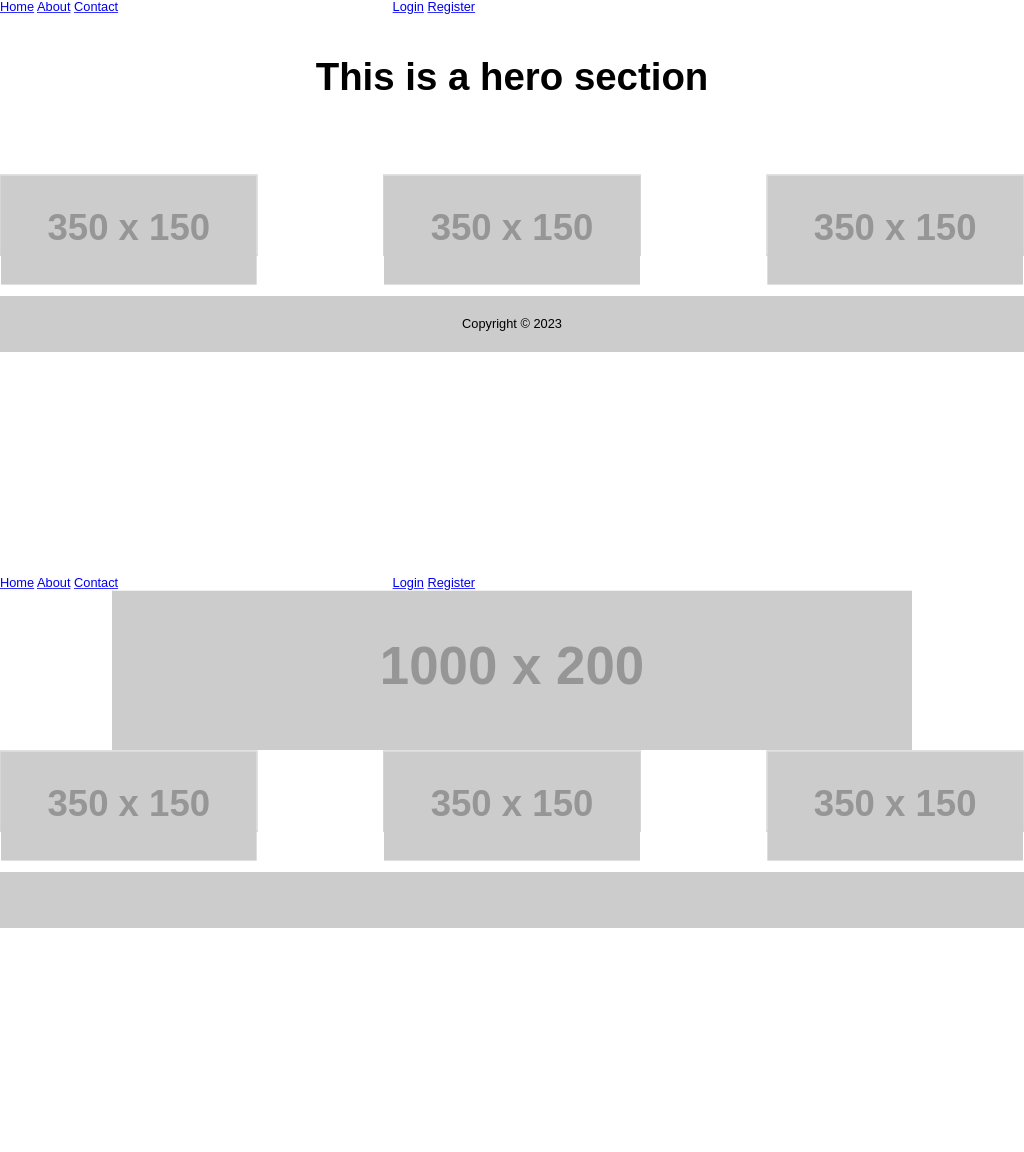
Repository: punitbathija/Placement-Assitance-iNeuron
Page: responsive-web-design.html
An editor plug-in stored every save of this project. The page is shown before and after the next save, followed by the edit.
The browser window is 1280 px wide. The pictures show the whole page, at 80% of full size.

Above is the page before, as saved 2023-05-23 15:16:15.

After the next save:
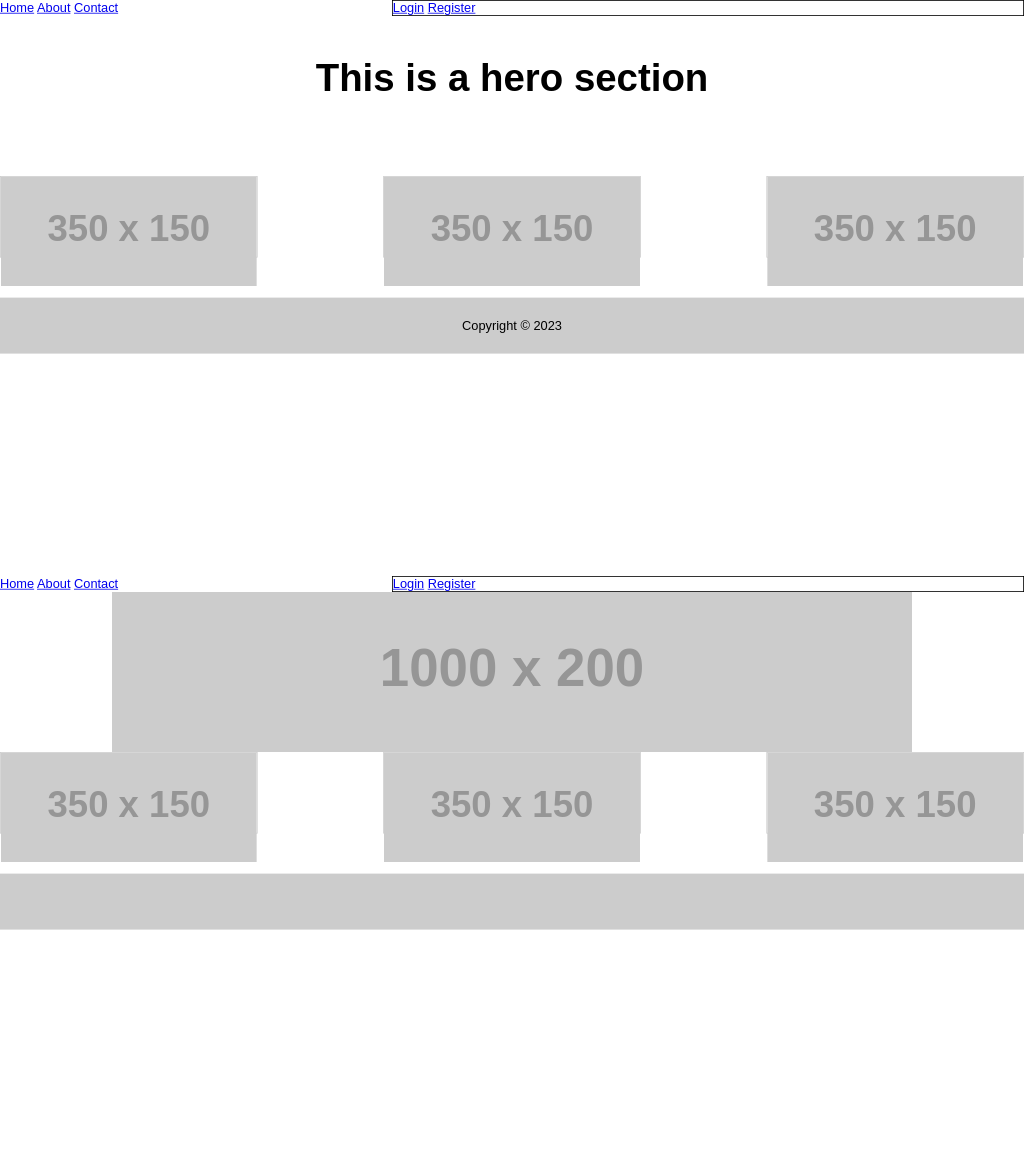
Saved 11 s later.
--- a/responsive-web-design.html
+++ b/responsive-web-design.html
@@ -149,6 +149,7 @@
 
       .nav-right {
         flex-grow: 2;
+        border: 1px solid black;
       }
 
       .hero {
